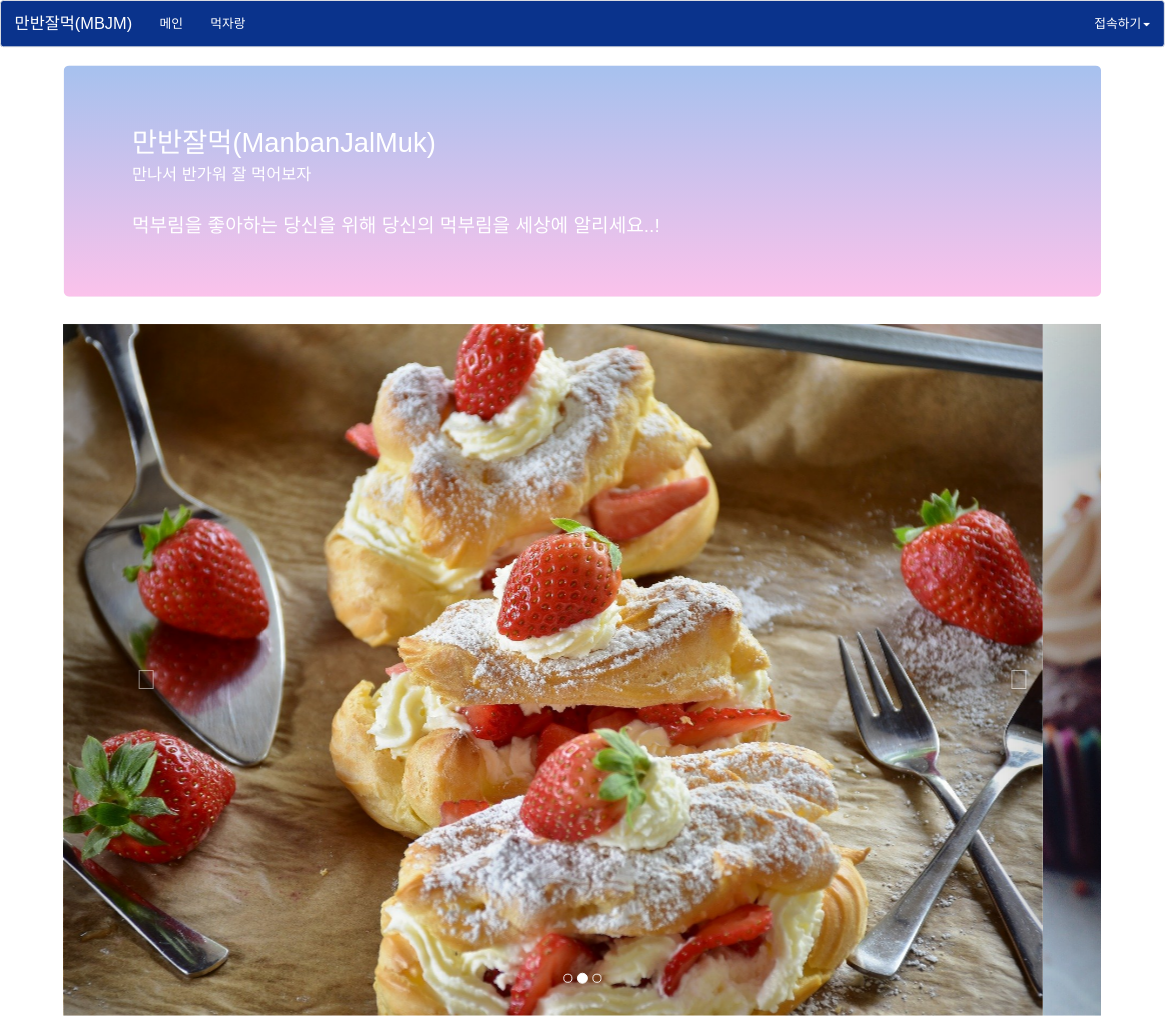
Repository: gimyoni/ManBanJalMuk
Page: http://localhost/text/main.jsp
The author's editor kept a copy of each file at every save. The page is drawn from the files as they stood at one save, then again after the next save.
The browser window is 1280 px wide. The pictures show the whole page, at 91% of full size.
Some web fonts or font styles are not loaded; a fallback is used. Some web libraries are served in a nearby version. The page is served by Tomcat 9.

Above is the page before, as saved 2021-05-07 03:01:20.

After the next save:
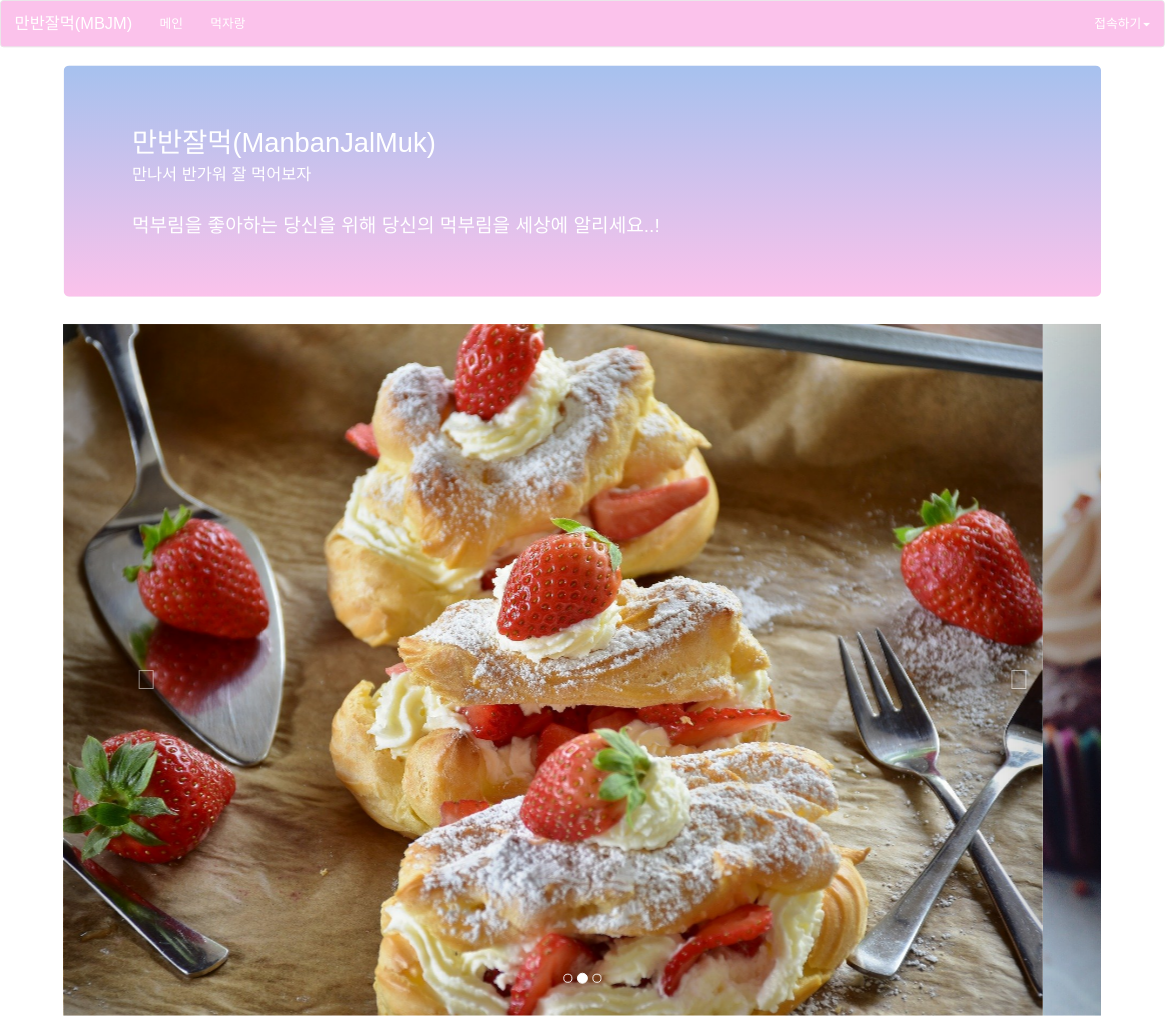
Saved 20 s later.
--- a/text/WebContent/css/custom.css
+++ b/text/WebContent/css/custom.css
@@ -12,7 +12,7 @@ h1{
 	background-image: linear-gradient(to top, #fbc2eb 0%, #a6c1ee 100%);;
 }
 .navbar-default{
-	background-color:#0a338c;
+	background-color:#fbc2eb;
 }
 .navbar .nav > li > a {
 	color:white;
